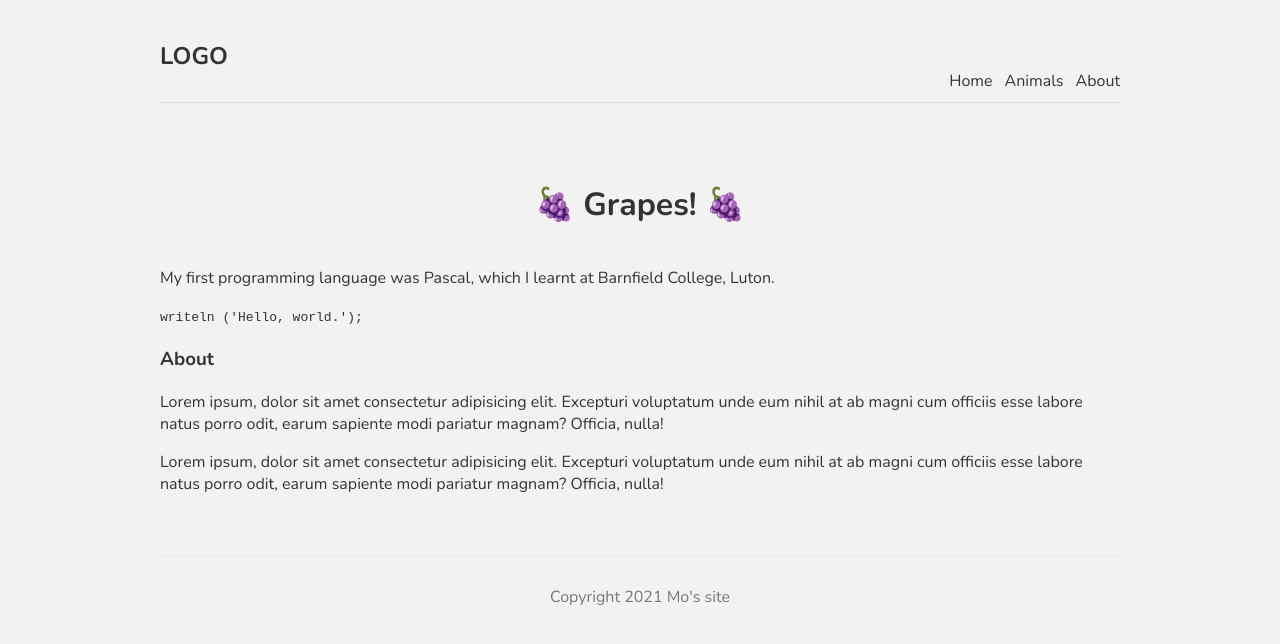
Repository: technogize/next-test-site
Page: /
These files come from the project's save history. The page is drawn as it stood at one moment and after a run of saves; the edit follows.
The browser window is 1280 px wide. The pictures show the whole page.
The project was rebuilt for these pictures with package versions that can differ from the ones it lists, and the page was loaded fresh each time. The framework's server and built-in components were replaced by stand-ins that run in the browser.

Above is the page before, as saved 2021-10-02 20:03:24.

After the next 2 saves:
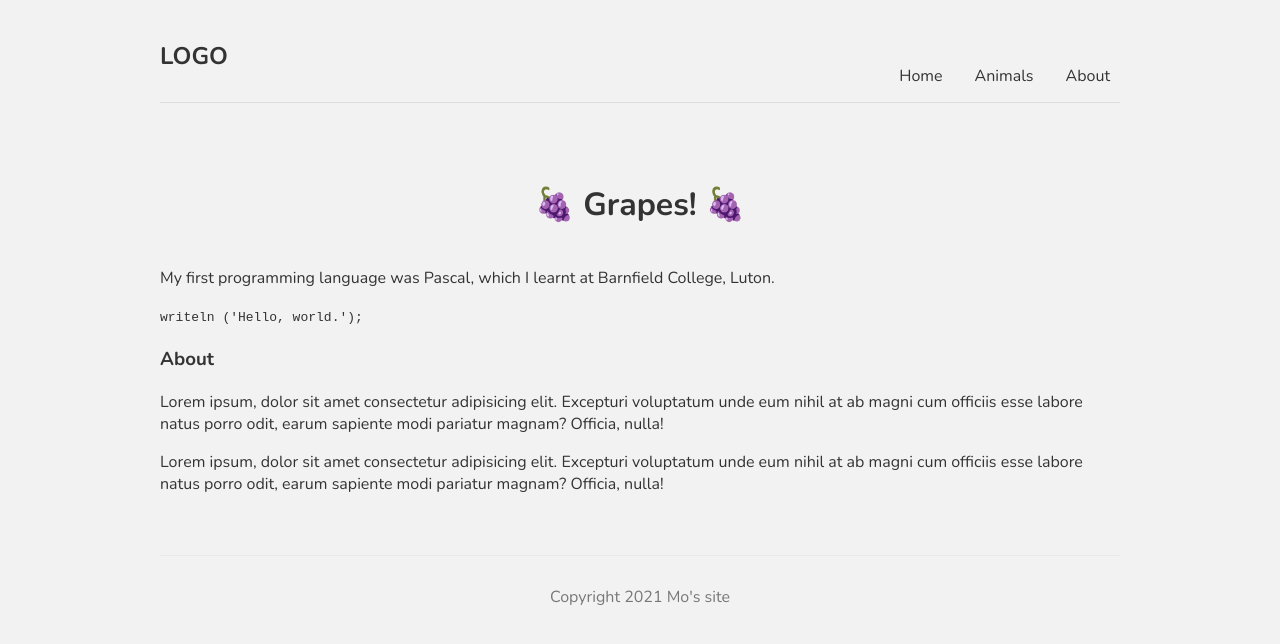
The 2 saves are shown as one change because they came seconds apart.
The last was saved 13 s later.
--- a/styles/globals.css
+++ b/styles/globals.css
@@ -23,6 +23,7 @@ nav {
 }
 nav a {
   margin-left: 12px;
+  padding: 5px 10px;
 }
 nav a:hover {
   background-color: #ddd;
